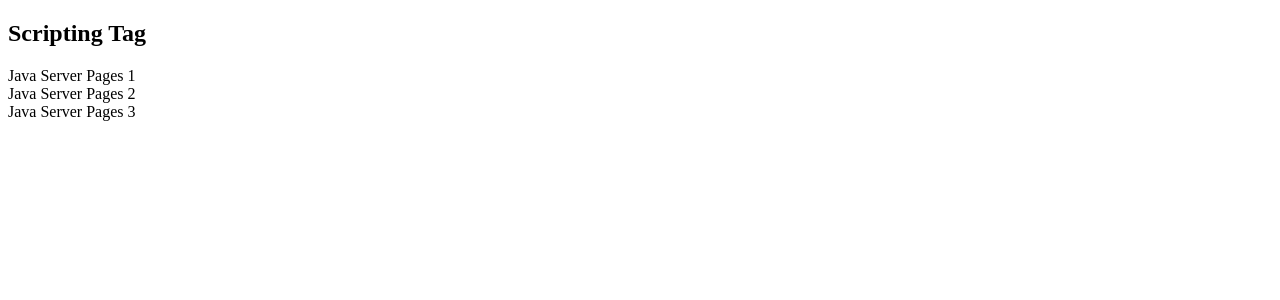
Repository: Jin0207/jsp
Page: http://localhost/WebMarket/scripting.jsp
The author's editor kept a copy of each file at every save. The page is drawn from the files as they stood at one save, then again after a run of saves.
The browser window is 1280 px wide. The pictures show the whole page.
The page is served by Tomcat 9. Nobody is signed in. The application's start-up code is not run. Other server files are loaded and not shown.

Above is the page before, as saved 2021-12-10 03:26:10.

### WebMarket/src/main/webapp/scripting.jsp
<%@ page language="java" contentType="text/html; charset=EUC-KR"
    pageEncoding="EUC-KR"%>
<!DOCTYPE html>
<html>
<head>
<meta charset="EUC-KR">
<title>Insert title here</title>
</head>
<body>
	<h2>Scripting Tag</h2>
	<%!
		int count = 3;
		String makeItLower(String data){
			return data.toLowerCase();
		}
	%>

	<%
		for(int i=1; i<=count; i++){
			out.println("Java Server Pages " + i + "<br>");
		}
	%>
</body>
</html>

After the next 2 saves:
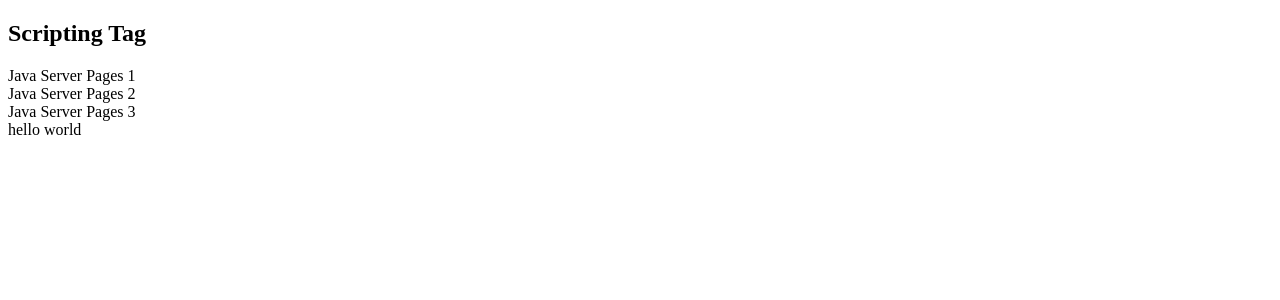
The 2 saves are shown as one change because they came seconds apart.
The last was saved 45 s later.
--- a/WebMarket/src/main/webapp/scripting.jsp
+++ b/WebMarket/src/main/webapp/scripting.jsp
@@ -20,5 +20,9 @@
 			out.println("Java Server Pages " + i + "<br>");
 		}
 	%>
+
+	<%=
+		makeItLower("Hello World")
+	%>
 </body>
 </html>
